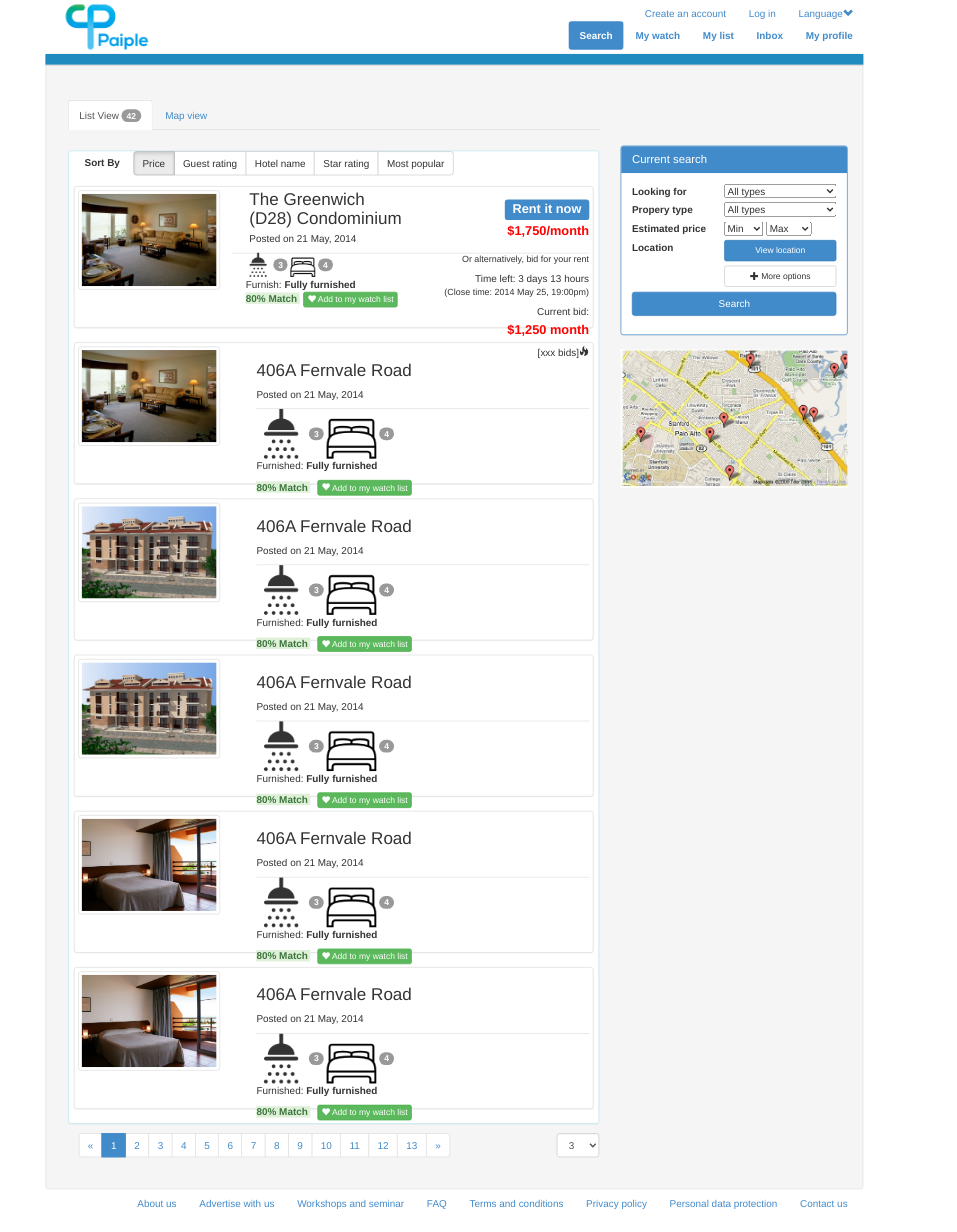
Repository: thytran142/Intern
Page: Internship/ListingPage.html
The author's editor kept a copy of each file at every save. The page is drawn from the files as they stood at one save, then again after the next save.
The browser window is 1280 px wide. The page is 1348 px wide, so the pictures cover 1348 px, including what lies to the right of the window. The pictures show the whole page, at 71% of full size.
Some web libraries are served in a nearby version.

Above is the page before, as saved 2014-05-23 05:40:50.

After the next save:
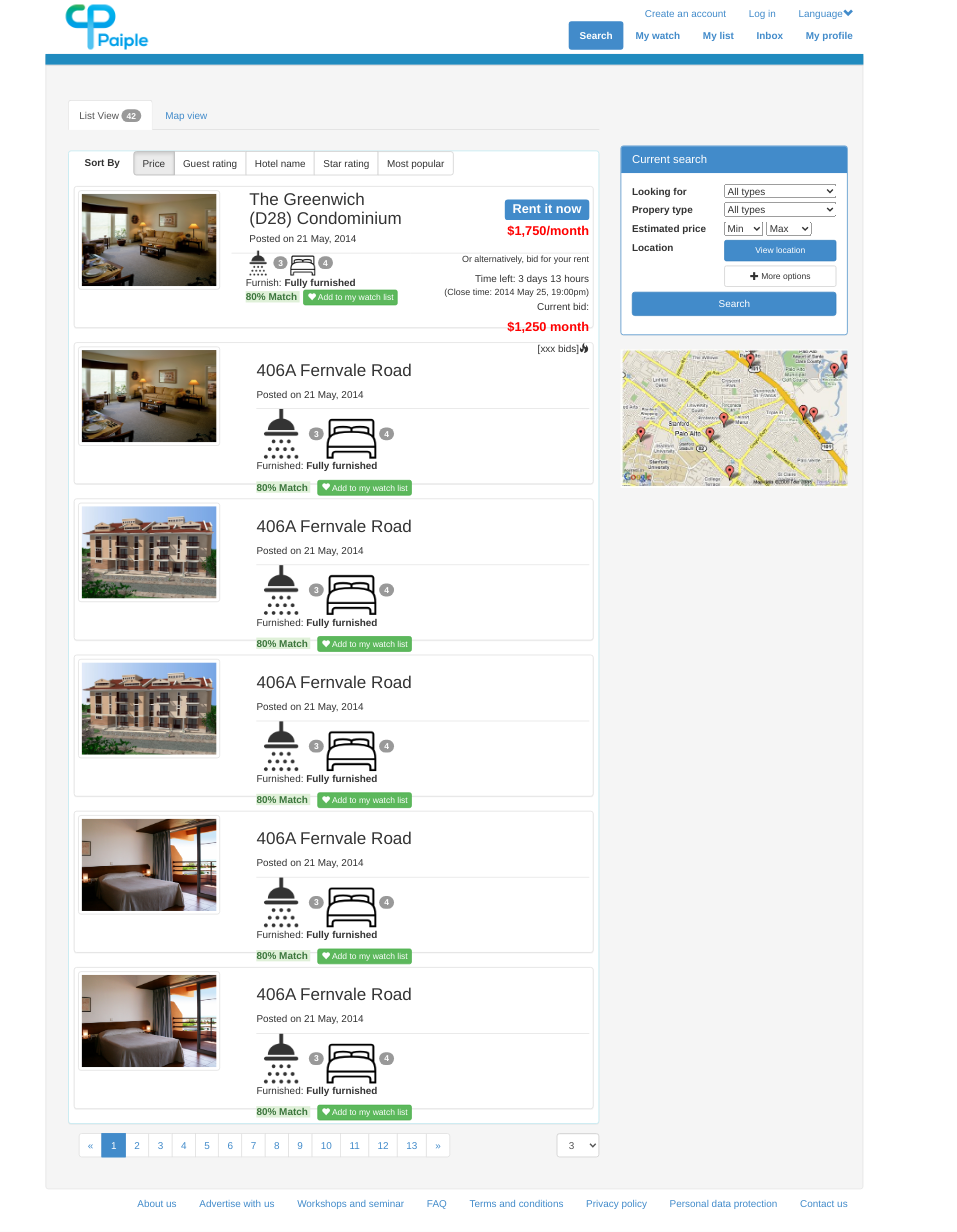
Saved 6 min 14 s later.
--- a/Internship/ListingPage.html
+++ b/Internship/ListingPage.html
@@ -182,7 +182,7 @@
 								<td style="text-align:right;"><div style="font-size:90%;">Or alternatively, bid for your rent</div>
 									<h5>Time left: 3 days 13 hours</h5>
 									<div style="font-size:90%;margin-top:-3%;">(Close time: 2014 May 25, 19:00pm)</div>
-									<h5>Current bid:</h5><h4 style="font-weight:bold;color:red;">$1,250 month</h4>
+									<h5 style="display:inline;margin-top:1%;">Current bid:</h5><h4 style="font-weight:bold;color:red;">$1,250 month</h4>
 									<p>[xxx bids]<span class="glyphicon glyphicon-fire"></span></p>
 							</td>
 							</tr>
